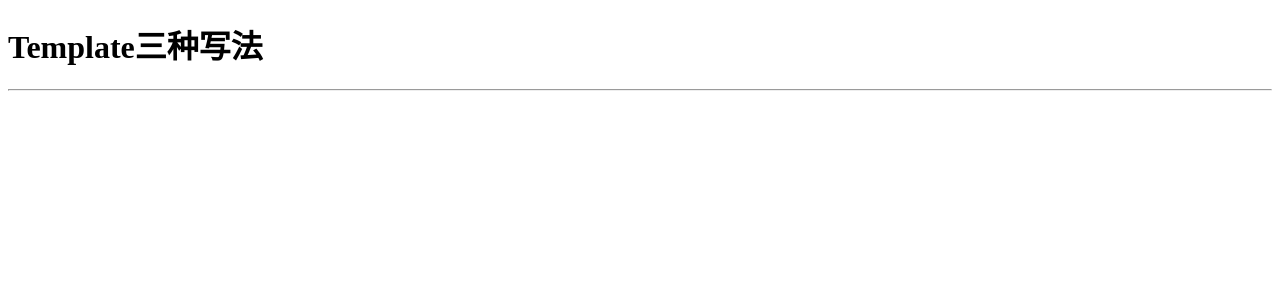
Repository: 13982720426/vue2.0-LearningNotes
Page: example/template.html
An editor plug-in stored every save of this project. The page is shown before and after the next save, followed by the edit.
The browser window is 1280 px wide. The pictures show the whole page.

Above is the page before, as saved 2021-06-24 20:25:39.

After the next save:
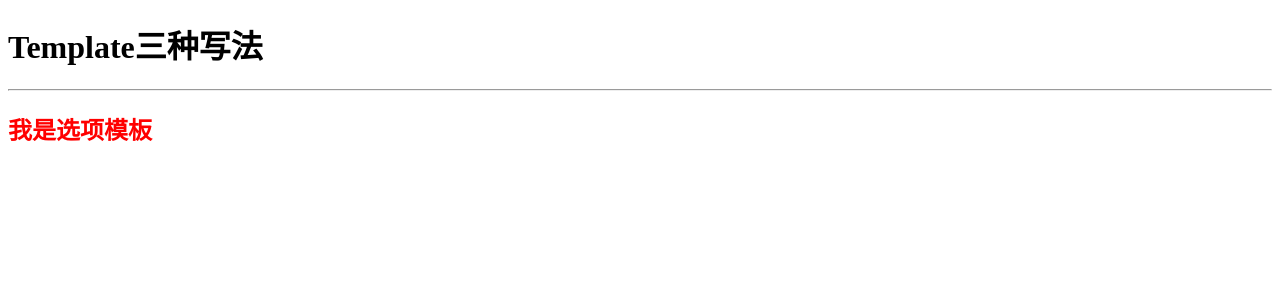
Saved 23 s later.
--- a/example/template.html
+++ b/example/template.html
@@ -17,7 +17,7 @@
         data: {
           message: 'Hello World',
         },
-        template: `<h2></h2>`,
+        template: `<h2 style='color:red'>我是选项模板</h2>`,
       });
     </script>
   </body>
